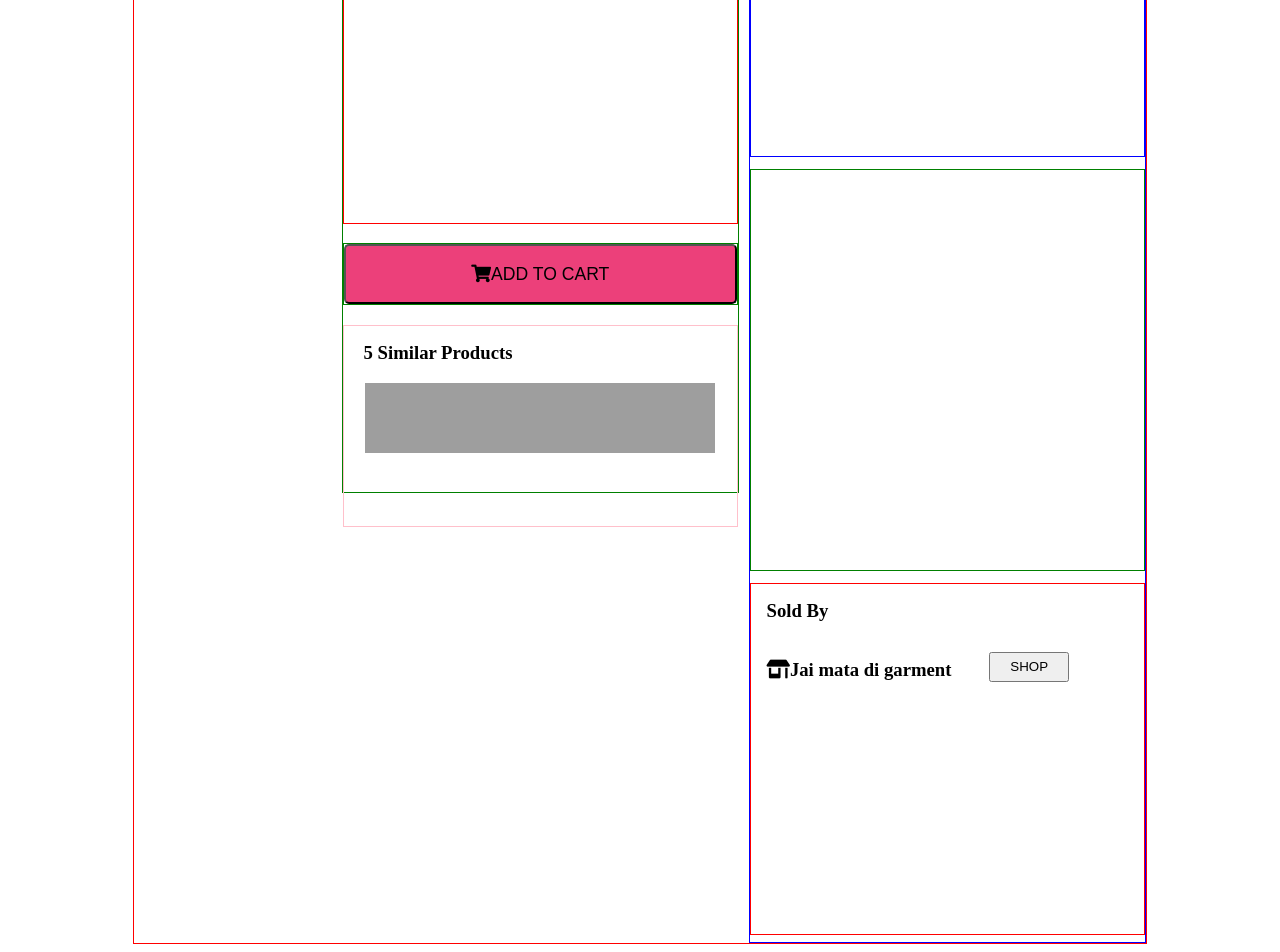
Repository: deepakxxxx/meesho
Page: catelog.html
An editor plug-in stored every save of this project. The page is shown before and after the next save, followed by the edit.
The browser window is 1280 px wide. The pictures show the part of the page from y = 419 to 1371 px (the page is 1371 px tall).
Pictures or frames that could not be fetched are drawn as grey boxes. A picture or video elsewhere on the page could not be fetched, so the positions and the page height are approximate.

Above is the page before, as saved 2021-11-06 17:45:12.

After the next save:
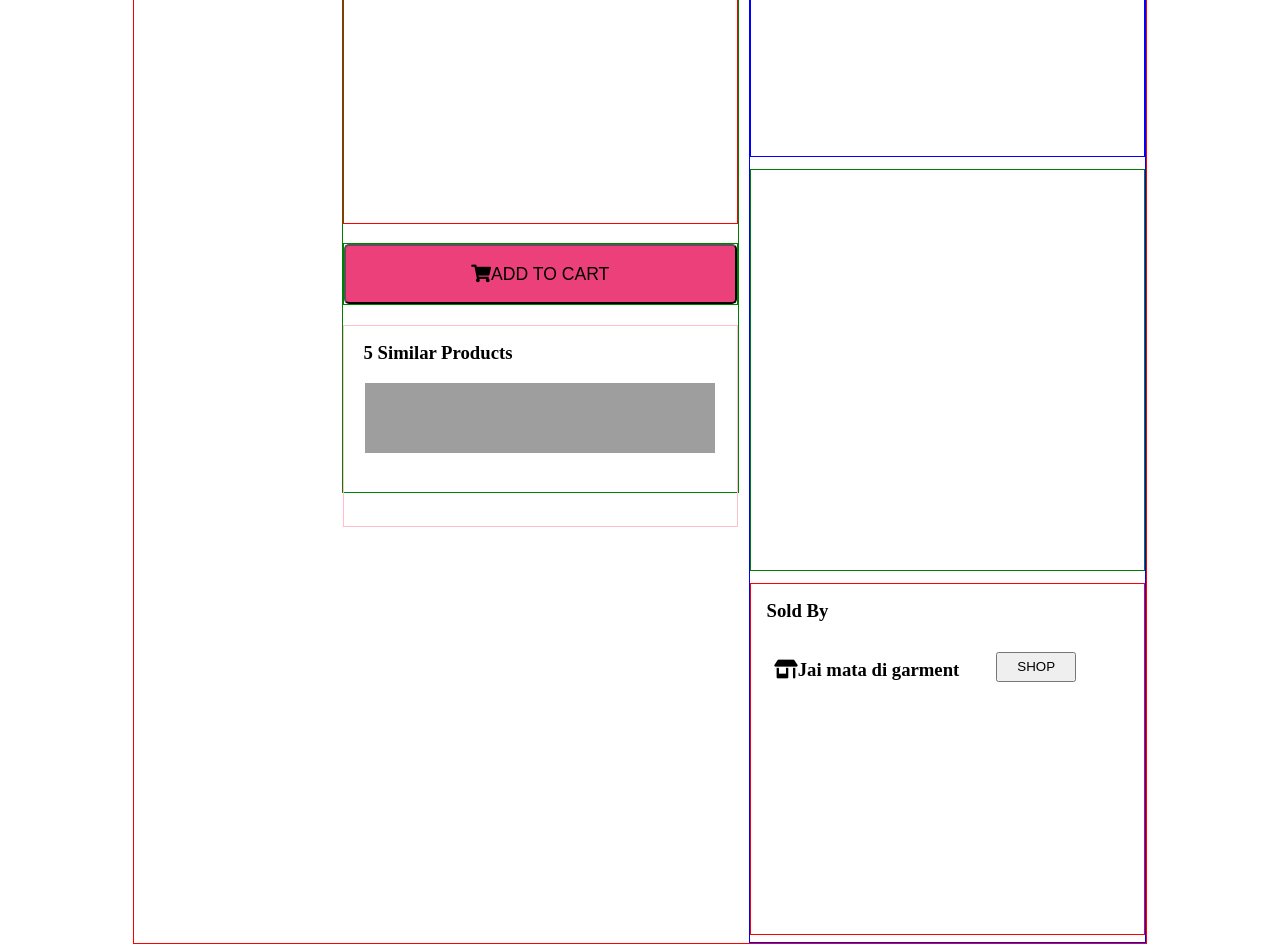
Saved 23 s later.
--- a/catelog.html
+++ b/catelog.html
@@ -218,7 +218,7 @@
     }
     #sho{
         display: flex;
-        margin-left: 4%;
+        margin-left: 6%;
         column-gap: 10%;
     }
     #sho > button{
